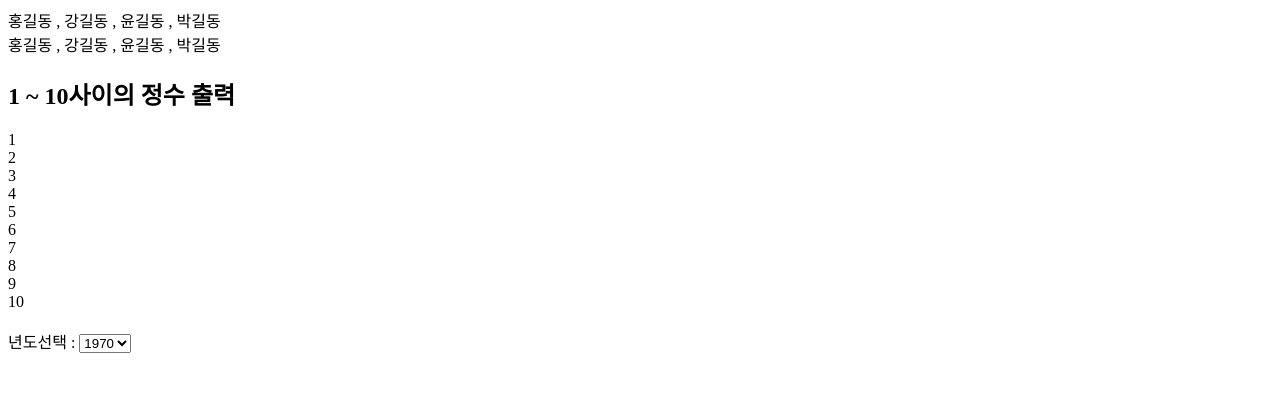
Repository: sunnny10/web-workspace
Page: http://localhost/Lecture-Web/jsp/jstl/core/exam05.jsp
An editor plug-in stored every save of this project. The page is shown before and after the next save, followed by the edit.
The browser window is 1280 px wide. The pictures show the whole page.
The page is served by Tomcat 9. Other server files are loaded and not shown.

Above is the page before, as saved 2022-06-07 07:42:29.

### Lecture-Web/src/main/webapp/jsp/jstl/core/exam05.jsp
<%@ page language="java" contentType="text/html; charset=UTF-8"
    pageEncoding="UTF-8"%>
<%@ taglib prefix="c" uri="http://java.sun.com/jsp/jstl/core" %>
<%
	String[] names = {"홍길동", "강길동", "윤길동", "박길동"};

	pageContext.setAttribute("names", names);
	pageContext.setAttribute("length", names.length-1);
%>
<!DOCTYPE html>
<html>
<head>
<meta charset="UTF-8">
<title>Insert title here</title>
</head>
<body>
	<c:forEach begin="0" end="${ length }" var="i">
		<%-- <c:if test="${i ne 0}">
			,
		</c:if> --%>
		${ names[i] }
		<c:if test="${ i ne length }">
			,
		</c:if>
	</c:forEach>
	<br>
	<!-- 각 데이터에 var라는 변수로 접근가능 -->
	<c:forEach items="${ names }" var="name">
		${ name }
		<c:if test="${names[length] != name}">
				,
		</c:if>
	</c:forEach>


	<h2>1 ~ 10사이의 정수 출력</h2>
	<!-- var는 공유영경역에 있다  -->
	<c:forEach begin="1" end="10" var="i">
		${ i }<br>
	</c:forEach>
	<br>
	년도선택 :
	<select>
		<!-- 큰 수에서 작은 수는 안됨 -->
		<c:forEach begin="1970" end="2022" step="10" var="year">
			<option>${ year }</option>
		</c:forEach>
	</select>
	<%-- <%
		for(int i = 1; i<=10; i++){
	%>
		<%=i %>
	<%
		}
	%> --%>
</body>
</html>

After the next save:
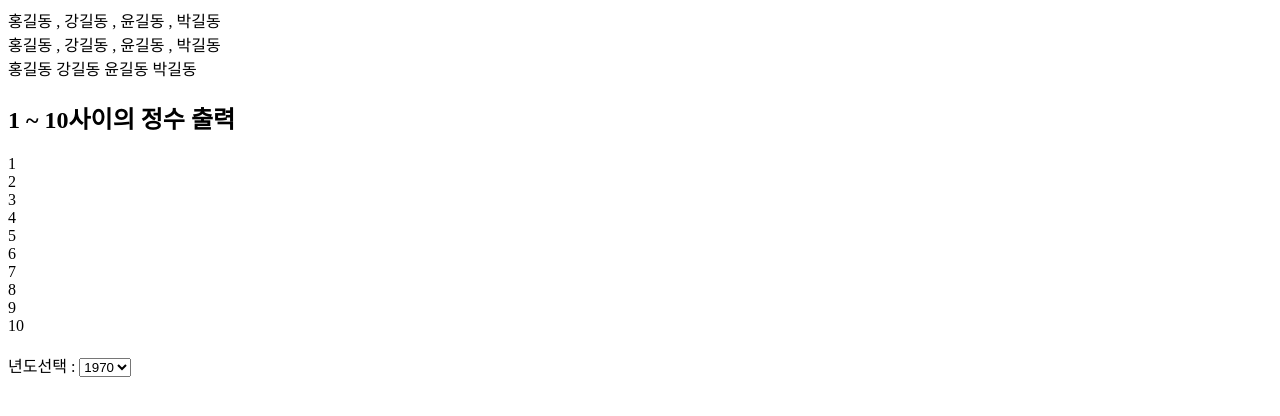
Saved 35 s later.
--- a/Lecture-Web/src/main/webapp/jsp/jstl/core/exam05.jsp
+++ b/Lecture-Web/src/main/webapp/jsp/jstl/core/exam05.jsp
@@ -14,6 +14,13 @@
 <title>Insert title here</title>
 </head>
 <body>
+	<c:forEach items="${ names }" var="name">
+		${ name }
+		<c:if test="${names[length] != name}">
+				,
+		</c:if>
+	</c:forEach>
+	<br>
 	<c:forEach begin="0" end="${ length }" var="i">
 		<%-- <c:if test="${i ne 0}">
 			,
@@ -27,9 +34,6 @@
 	<!-- 각 데이터에 var라는 변수로 접근가능 -->
 	<c:forEach items="${ names }" var="name">
 		${ name }
-		<c:if test="${names[length] != name}">
-				,
-		</c:if>
 	</c:forEach>
 
 
